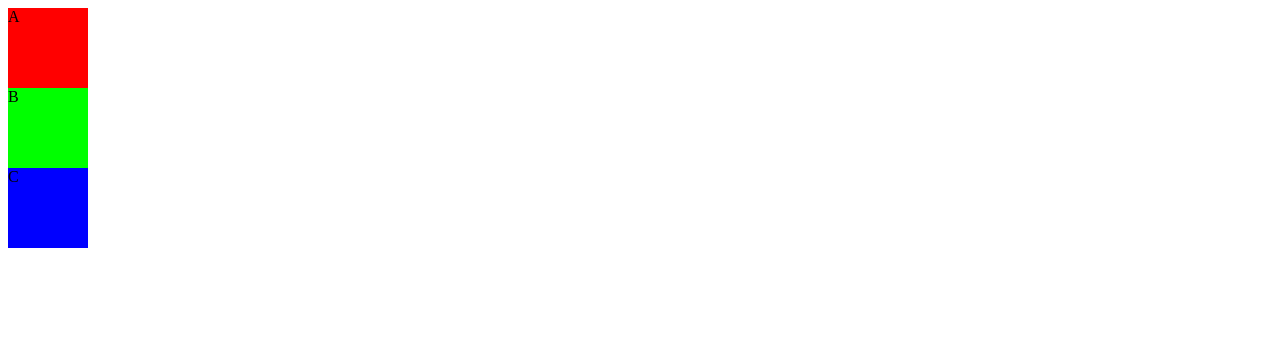
Repository: dudadab/Hhyundaiezwel_Academy
Page: CSS01/src/main/webapp/11_position.html
These files come from the project's save history. The page is drawn as it stood at one moment and after the next save; the edit follows.
The browser window is 1280 px wide. The pictures show the whole page.

Above is the page before, as saved 2025-07-02 01:10:24.

### CSS01/src/main/webapp/11_position.html
<!DOCTYPE html>
<html>
<head>
<meta charset="UTF-8">
<title>Position 속성</title>
    <style type="text/css">
		#boxA, #boxB, #boxC {
			width:80px;
			height:80px;
		}
		#boxA {background-color:#ff0000;}
		#boxB {background-color:#00ff00;}
		#boxC {background-color:#0000ff;}
	</style>
</head>

<body>
	<div id="parent">
        <div id="boxA">A</div>
        <div id="boxB">B</div>
        <div id="boxC">C</div>
	</div>
</body>
</html>

After the next save:
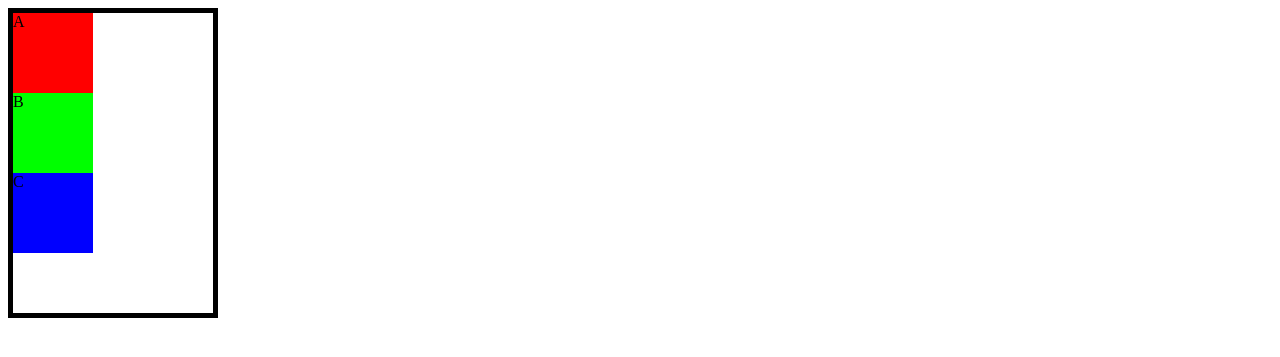
Saved 94 s later.
--- a/CSS01/src/main/webapp/11_position.html
+++ b/CSS01/src/main/webapp/11_position.html
@@ -4,6 +4,11 @@
 <meta charset="UTF-8">
 <title>Position 속성</title>
     <style type="text/css">
+    	#parent {
+    		width:200px;
+    		height:300px;
+    		border:solid 5px #000;
+    	}
 		#boxA, #boxB, #boxC {
 			width:80px;
 			height:80px;
